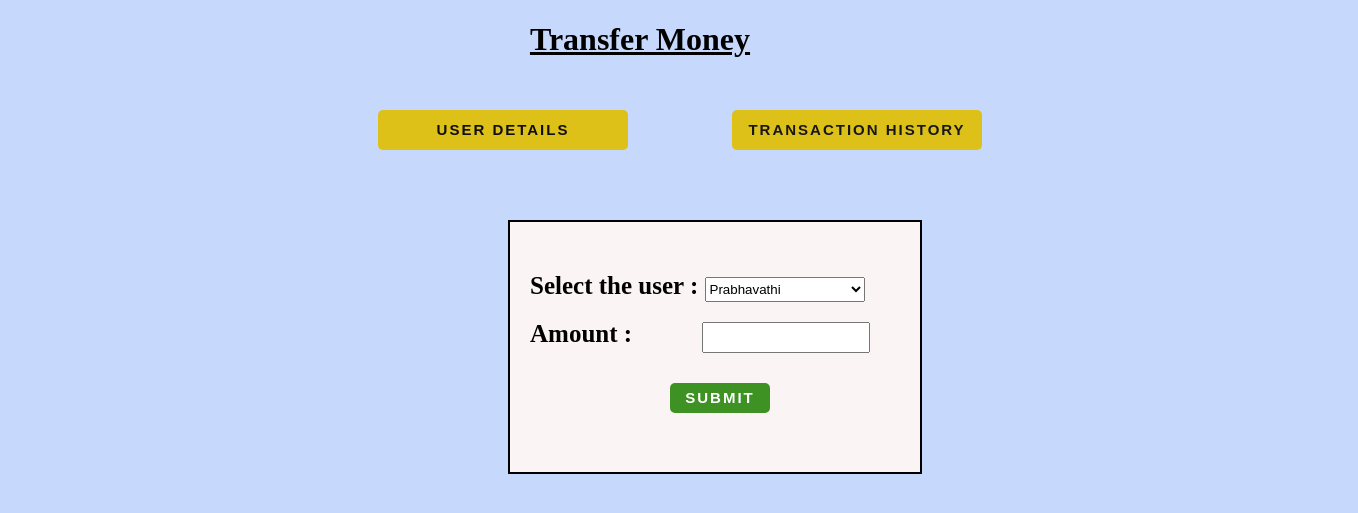
Repository: PrabhaBas/TheSparksFoundation_BasicBankingSystem
Page: http://localhost/PVBank/transfer_money.jsp
The author's editor kept a copy of each file at every save. The page is drawn from the files as they stood at one save, then again after the next save.
The browser window is 1280 px wide. The page is 1358 px wide, so the pictures cover 1358 px, including what lies to the right of the window. The pictures show the whole page.
Some web libraries are served in a nearby version. The page is served by Tomcat 9. Other server files are loaded and not shown.

Above is the page before, as saved 2021-08-17 18:14:58.

### PVBank/src/main/webapp/transfer_money.jsp
<%@ page language="java" contentType="text/html; charset=ISO-8859-1"
    pageEncoding="ISO-8859-1"%>
<!DOCTYPE html>
<html>
<head>
<meta charset="ISO-8859-1">
<meta http-equiv="X-UA-Compatible" content="IE=edge">
    <meta name="viewport" content="width=device-width, initial-scale=1.0">
    <title>Transefer Money</title>
    <link rel="stylesheet" href="css/transfer_money.css">

    <link rel="shortcut icon" type="image/png" href="images/logo1.jpg">
    <link rel="stylesheet" href="https://cdnjs.cloudflare.com/ajax/libs/font-awesome/5.13.1/css/all.min.css">
</head>
<body>
<h1 id="head">Transfer Money</h1>
    <div class="transact">
        <input type="submit" name="submit" class="send-btn1" value="User Details">
        <input type="submit" name="submit" class="send-btn2" value="Transaction History">
    </div>
    <div >
   <form class="transact-form">
       <label for="users" class="label1">Select the user : </label>
       <select name="users" id="users" class="box">
        <option value="Prabhavathi">Prabhavathi</option>
        <option value="Maha">Maha</option>
        <option value="Riya">Riya</option>
        <option value="Subha">Subha</option>
        <option value="Keerthi">Keerthi</option>
        <option value="Janani">Janani</option>
        <option value="Gowtham">Gowtham</option>
        <option value="Ram">Ram</option>
        <option value="Gayathri">Gayathri</option>
        <option value="Vinay">Vinay</option>

       </select><br><br>

       <label class="label1">Amount : </label>
       <input id="box1"class="box" type="text">
       <input type="submit" name="submit" class="btn" value="Submit">
   </form>
</div>
</body>
</html>

### PVBank/src/main/webapp/css/transfer_money.css

#head{
    text-align: center;
    text-decoration: underline;
}
body{
    background-color: rgb(198, 217, 252);
}
.transact{

    height: 60px;
    width: 1310px;
    margin: 0;
    padding: 20px;
    padding-top: 30px;

}
.transact .send-btn1{
    margin-left: 350px;
    background: #ddc018;
    color: rgb(15, 15, 15);
    border: none;
    width: 250px;
    height: 40px;
    font-size: 15px;
    font-weight: 600;
    text-transform: uppercase;
    letter-spacing: 2px;
    border-radius: 5px;
    cursor: pointer;
    transition: 0.3s;
    transition-property: background;
  }

  .transact .send-btn1:hover{
    background: #f5e37c;
  }

  .transact .send-btn2{
    margin-left: 100px;
    background: #ddc018;
    color: rgb(24, 23, 23);
    border: none;
    width: 250px;
    height: 40px;
    font-size: 15px;
    font-weight: 600;
    text-transform: uppercase;
    letter-spacing: 2px;
    border-radius: 5px;
    cursor: pointer;
    transition: 0.3s;
    transition-property: background;
  }

  .transact .send-btn2:hover{
    background: #f5e37c;
  }
.transact-form .label1{
    font-weight: bold;
    margin-left: 10px;
    font-family: 'Times New Roman', Times, serif;
    font-size: 25px;
}

  .transact-form{
background-color: rgb(250, 244, 244);
border-color: black;
border-width: 2px;
border-style: solid;
height: 200px;
width: 400px;
text-align: left;
margin-left: 500px;
margin-top: 30px;
padding-left: 10px;
padding-top: 50px;

font-family: 'Times New Roman', Times, serif;
  }
  .transact-form .box{
      height: 25px;
      width: 160px;

  }
  .transact-form #box1{
      margin-left: 64px;

  }
  .transact-form .btn{
    margin-left: 150px;
    margin-top: 30px;
    background: #3e9224;
    color: #fff;
    border: none;
    width: 100px;
    height: 30px;
    font-size: 15px;
    font-weight: 600;
    text-transform: uppercase;
    letter-spacing: 2px;
    border-radius: 5px;
    cursor: pointer;
    transition: 0.3s;
    transition-property: background;
  }

After the next save:
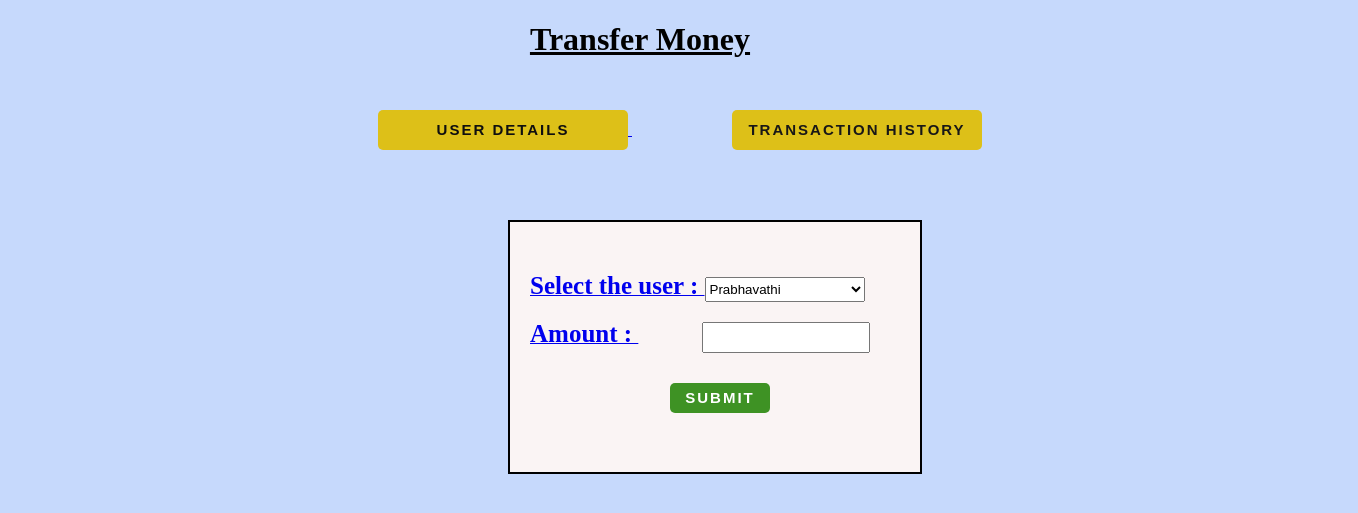
Saved 3 min 23 s later.
--- a/PVBank/src/main/webapp/transfer_money.jsp
+++ b/PVBank/src/main/webapp/transfer_money.jsp
@@ -15,7 +15,7 @@
 <body>
 <h1 id="head">Transfer Money</h1>
     <div class="transact">
-        <input type="submit" name="submit" class="send-btn1" value="User Details">
+        <a href="View_user.jsp"><input type="submit" name="submit" class="send-btn1" value="User Details">
         <input type="submit" name="submit" class="send-btn2" value="Transaction History">
     </div>
     <div >

After the save that followed:
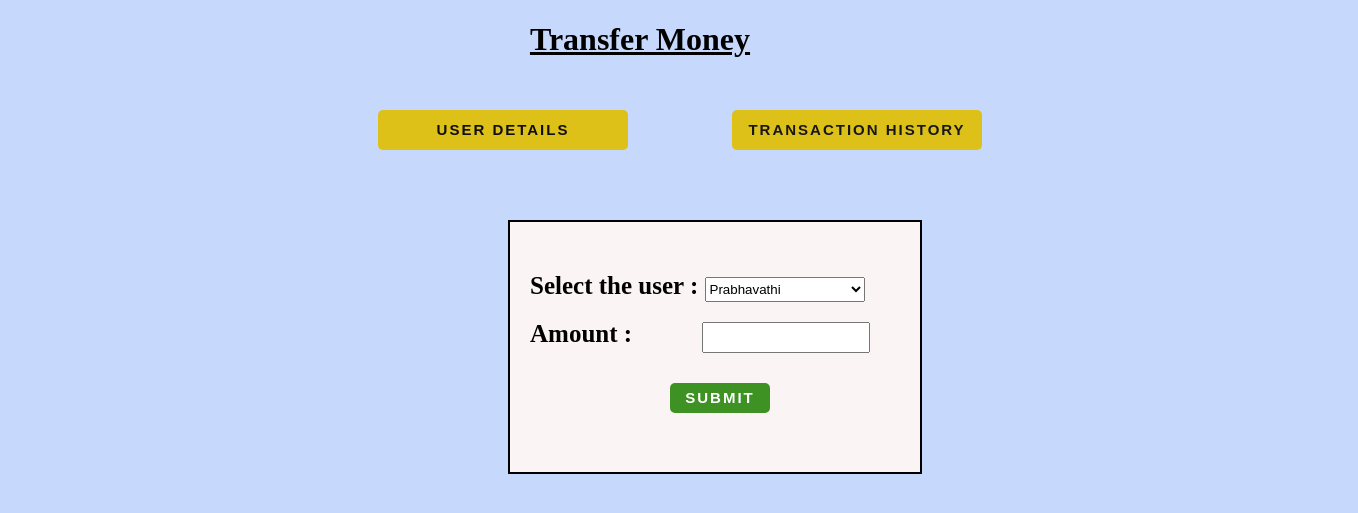
Saved 2 min 19 s later.
--- a/PVBank/src/main/webapp/transfer_money.jsp
+++ b/PVBank/src/main/webapp/transfer_money.jsp
@@ -15,8 +15,8 @@
 <body>
 <h1 id="head">Transfer Money</h1>
     <div class="transact">
-        <a href="View_user.jsp"><input type="submit" name="submit" class="send-btn1" value="User Details">
-        <input type="submit" name="submit" class="send-btn2" value="Transaction History">
+        <input type="submit" name="submit" onclick="location.href ='/View_user.jsp'" class="send-btn1" value="User Details">
+        <input type="submit" onclicke name="submit" class="send-btn2" value="Transaction History">
     </div>
     <div >
    <form class="transact-form">
